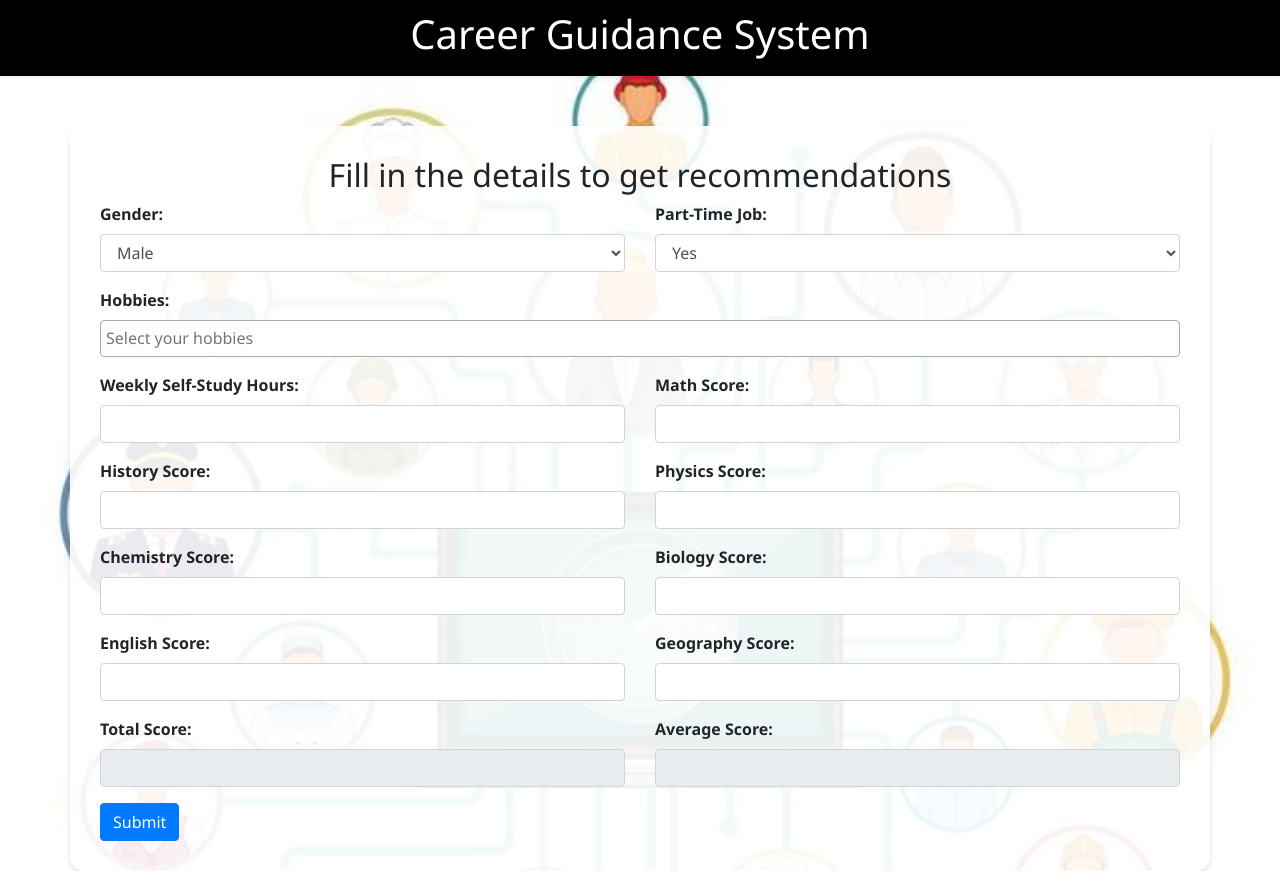
Repository: Srikeerthi05/Smart-career-guidance-system
Page: http://localhost/recommend
An editor plug-in stored every save of this project. The page is shown before and after a run of saves, followed by the edit.
The browser window is 1280 px wide. The pictures show the whole page.
Backgrounds fixed to the window are drawn as part of the page. Some web libraries are served in a nearby version. The page is served by the project's application, run on Flask 3 (app.py).

Above is the page before, as saved 2025-06-06 20:47:46.

After the next 2 saves:
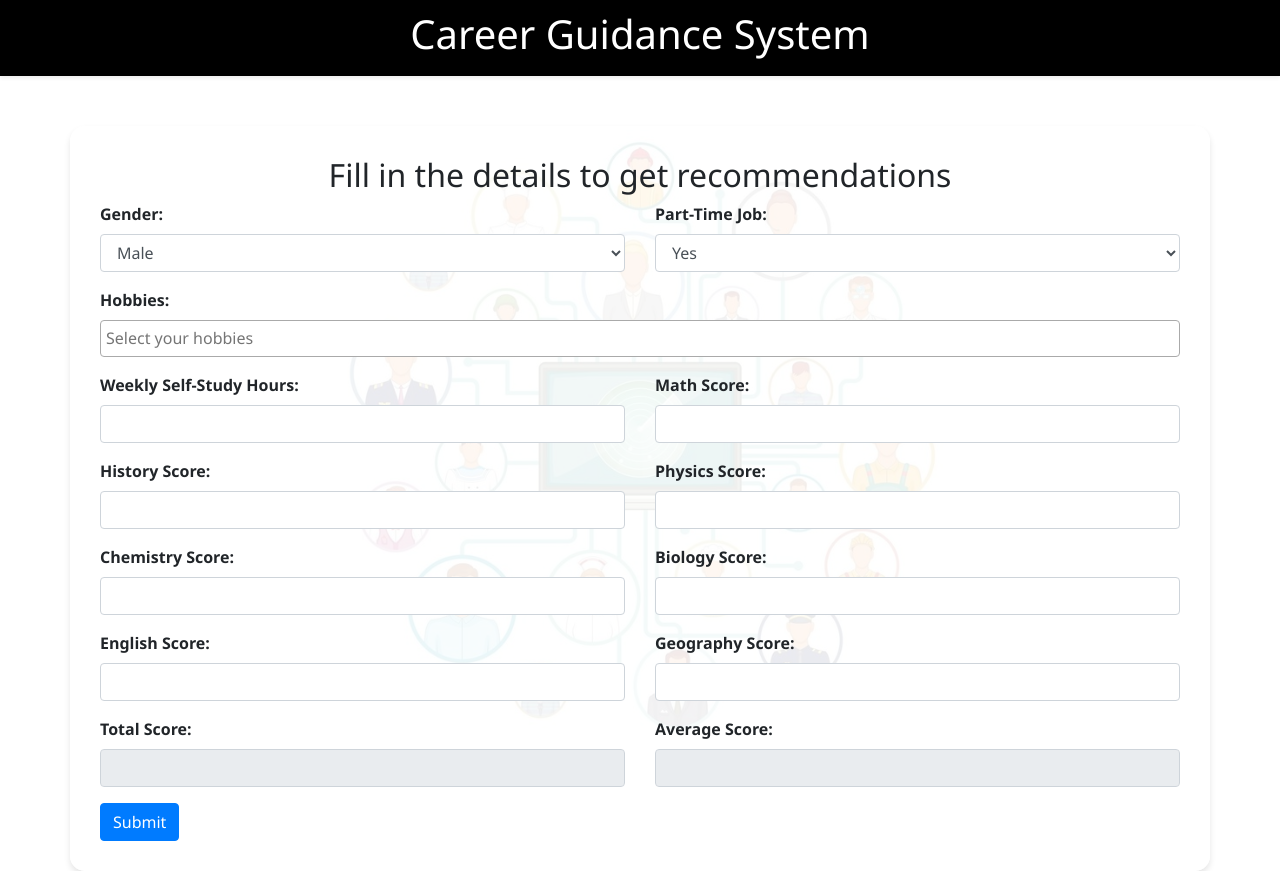
The 2 saves are shown as one change because they came seconds apart.
The last was saved 67 s later.
--- a/templates/recommend.html
+++ b/templates/recommend.html
@@ -16,7 +16,7 @@
     <style>
         body {
             background-image: url("{{ url_for('static', filename='images/bg2.jpg') }}");
-            background-size: cover;
+            background-size: 50%;
             background-repeat: no-repeat;
             background-position: center;
             background-attachment: fixed;
